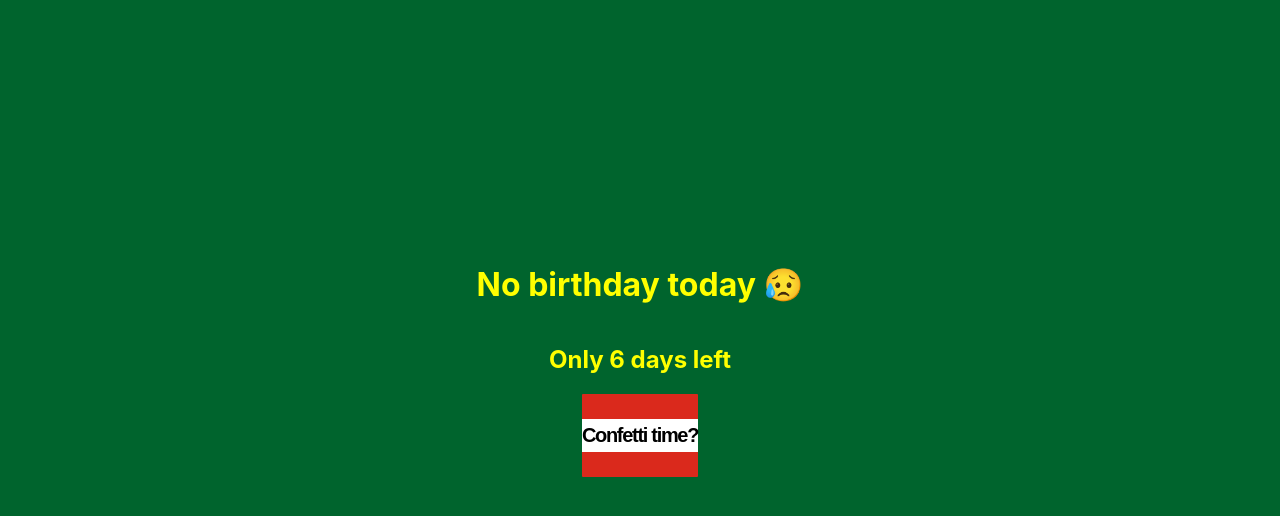
Repository: David-Waite/HannahsBirthdayWebsite
Page: /
An editor plug-in stored every save of this project. The page is shown before and after the next save, followed by the edit.
The browser window is 1280 px wide. The pictures show the whole page.
The project was rebuilt for these pictures with package versions that can differ from the ones it lists, and the page was loaded fresh each time.

Above is the page before, as saved 2023-03-30 18:24:09.

After the next save:
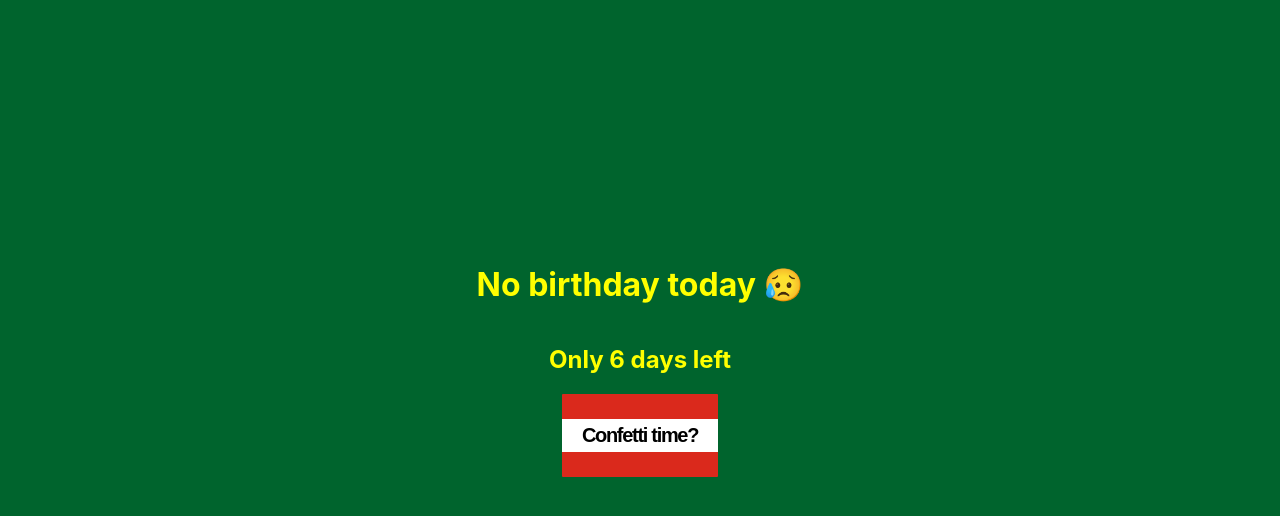
Saved 4 s later.
--- a/src/index.css
+++ b/src/index.css
@@ -30,5 +30,5 @@ button {
 }
 button p {
   background-color: white;
-  padding: 5px 0px;
+  padding: 5px 20px;
 }
